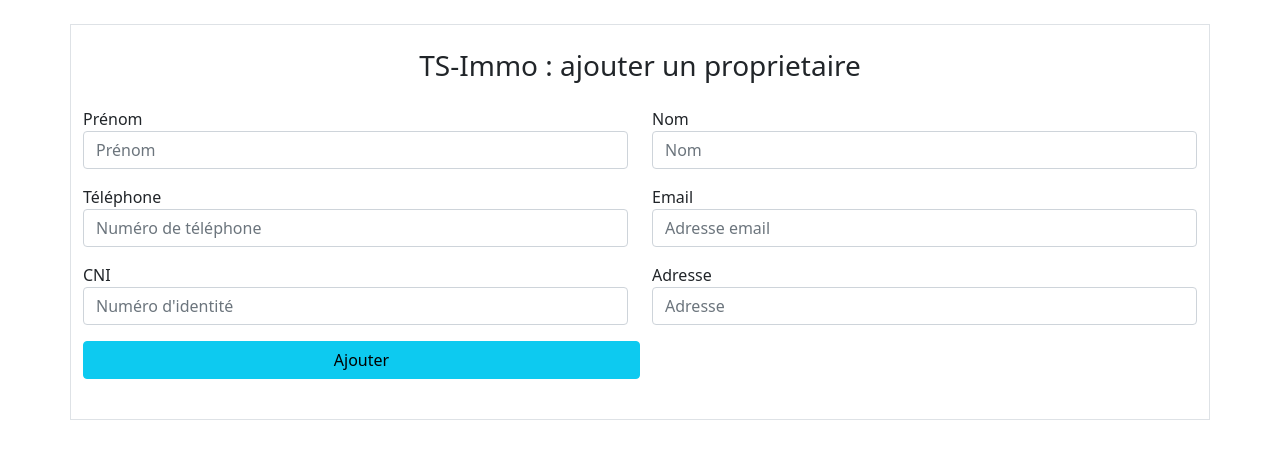
Repository: saliou-t/TS-IMMO
Page: http://localhost/src/views/proprietaire/new.html.php
These files come from the project's save history. The page is drawn as it stood at one moment and after the next save; the edit follows.
The browser window is 1280 px wide. The pictures show the whole page.
The page is run by PHP 8.4 with error messages shown; the project is at /var/www/html/.

Above is the page before, as saved 2022-04-03 14:53:00.

### src/views/proprietaire/new.html.php
<!DOCTYPE html>
<html lang="en">
<head>
    <meta charset="UTF-8">
    <meta http-equiv="X-UA-Compatible" content="IE=edge">
    <meta name="viewport" content="width=device-width, initial-scale=1.0">
    <link href="https://cdn.jsdelivr.net/npm/bootstrap@5.1.3/dist/css/bootstrap.min.css" rel="stylesheet" integrity="sha384-1BmE4kWBq78iYhFldvKuhfTAU6auU8tT94WrHftjDbrCEXSU1oBoqyl2QvZ6jIW3" crossorigin="anonymous">
    <title>Ajouter Proprietaire</title>

</head>
<body>

<div class="container jumbotron">
    <div class="row border py-4 my-4">
        <h3 class="text-center ">TS-Immo : ajouter un proprietaire</h3>
        <form action="" methode="POST">
            <div class="row my-3">
                <div class="col">
                    <label for="Prénom">Prénom</label>
                    <input class="form-control" name ="prenom" type="text" placeholder="Prénom">
                </div>
                <div class="col">
                    <label for="nom">Nom</label>
                    <input class="form-control" name="nom" type="text" placeholder="Nom">
                </div>
            </div>
            <div class="row my-3">
                <div class="col">
                    <label for="telephone">Téléphone</label>
                    <input class="form-control" name="telephone" type="text" placeholder="Numéro de téléphone">
                </div>
                <div class="col">
                    <label for="email">Email</label>
                    <input class="form-control" name="email" type="text" placeholder="Adresse email">
                </div>
            </div>
            <div class="row">
                <div class="col">
                    <label for="cni">CNI</label>
                    <input class="form-control" name="CNI" type="text" placeholder="Numéro d'identité">
                </div>
                <div class="col">
                    <label for="adresse">Adresse</label>
                    <input class="form-control" name="adresse" type="text" placeholder="Adresse">
                </div>
            </div>
            <div class="row my-3 justify-content-around">
                <div class="col ">
                    <a class="btn btn-info mx-auto w-50" href="">Ajouter</a>
                </div>
            </div>
        </form>
    </div>
</div>
</body>
</html>

After the next save:
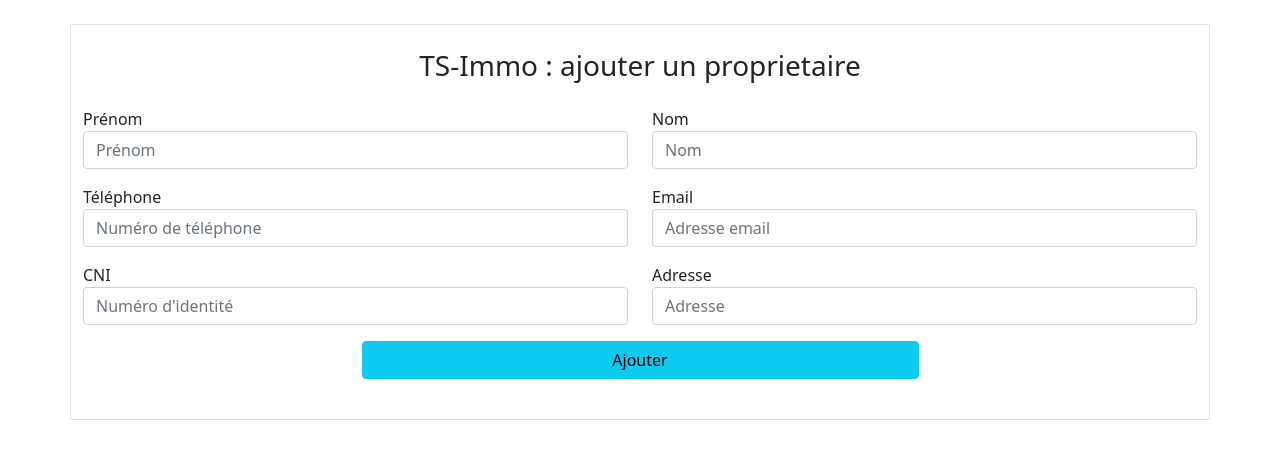
Saved 5 min 17 s later.
--- a/src/views/proprietaire/new.html.php
+++ b/src/views/proprietaire/new.html.php
@@ -45,7 +45,7 @@
                 </div>
             </div>
             <div class="row my-3 justify-content-around">
-                <div class="col ">
+                <div class="col text-center  ">
                     <a class="btn btn-info mx-auto w-50" href="">Ajouter</a>
                 </div>
             </div>
